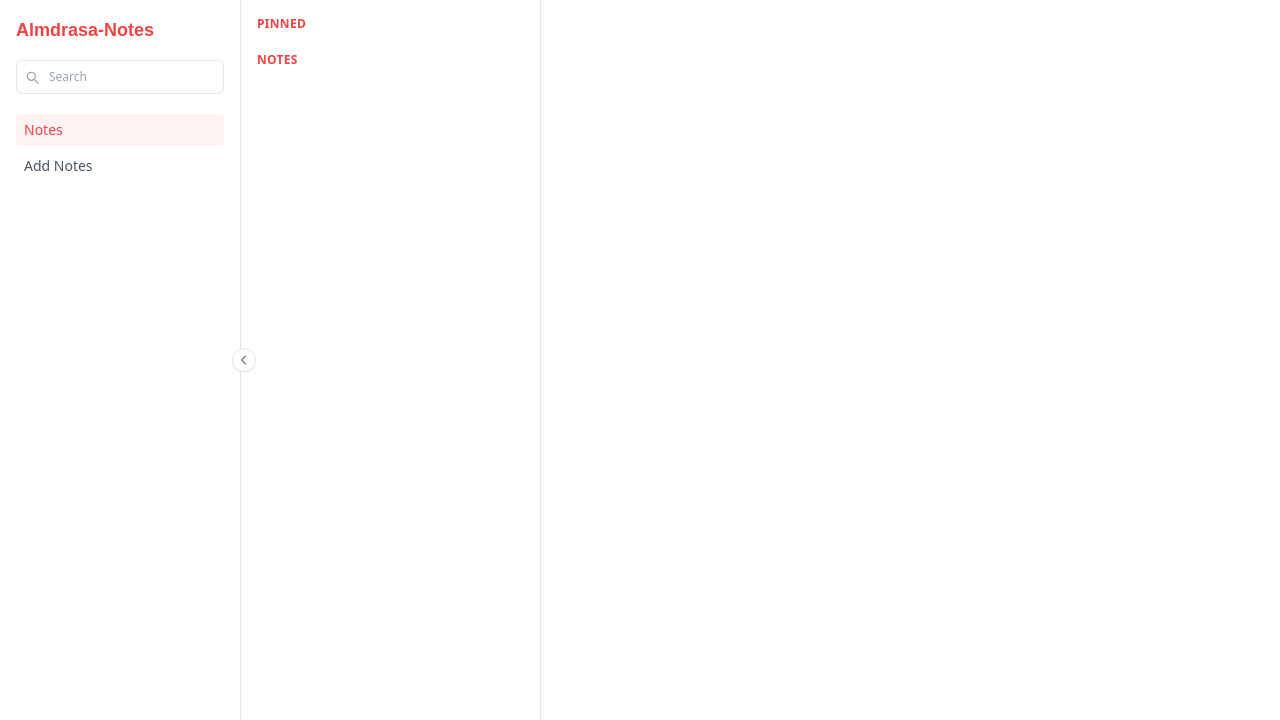
Repository: wafaa399/Note-App
Page: index.html
An editor plug-in stored every save of this project. The page is shown before and after the next save, followed by the edit.
The browser window is 1280 px wide. The pictures show the whole page.
Some web fonts or font styles are not loaded; a fallback is used. Some web libraries are served in a nearby version.

Above is the page before, as saved 2026-07-17 23:02:24.

### index.html
<!doctype html>
<html lang="en">
  <head>
    <meta charset="UTF-8" />
    <meta name="viewport" content="width=device-width, initial-scale=1.0" />
    <meta
      name="description"
      content="A notes application built with HTML, CSS, and JavaScript."
    />
    <meta name="keywords" content="notes, HTML, CSS, JavaScript" />
    <link rel="icon" href="/img/Logo.png" type="image/png" />
    <title>Note App</title>
    <script src="https://cdn.tailwindcss.com"></script>
    <link rel="preconnect" href="https://fonts.googleapis.com" />
    <link rel="preconnect" href="https://fonts.gstatic.com" crossorigin />
    <link
      href="https://fonts.googleapis.com/css2?family=Aclonica&display=swap"
      rel="stylesheet"
    />

    <script>
      tailwind.config = {
        theme: {
          extend: {
            fontFamily: {
              aclonica: ["Aclonica", "sans-serif"],
            },
          },
        },
      };
    </script>
  </head>
  <script
    type="module"
    src="https://unpkg.com/ionicons@7.1.0/dist/ionicons/ionicons.esm.js"
  ></script>

  <script
    nomodule
    src="https://unpkg.com/ionicons@7.1.0/dist/ionicons/ionicons.js"
  ></script>

  <body class="bg-gray-100 h-screen overflow-hidden text-sm text-gray-800">
    <div class="flex h-screen w-screen relative">
      <!--------SIDEBAR -------->
      <aside
        id="sidebar"
        class="transition-width bg-white border-r border-gray-200 flex-shrink-0 overflow-hidden"
        style="width:"
        16.125rem
      >
        <div class="p-4 w-[240px]">
          <h1 class="font-aclonica text-red-500 font-bold text-lg mb-4">
            Almdrasa-Notes
          </h1>

          <div class="relative mb-5">
            <input
              type="text"
              placeholder="Search"
              class="w-full text-xs border border-gray-200 rounded-md py-2 pl-8 pr-2 outline-none focus:ring-1 focus:ring-red-400"
            />
            <svg
              class="w-4 h-4 text-gray-400 absolute left-2 top-1/2 -translate-y-1/2"
              fill="none"
              stroke="currentColor"
              viewBox="0 0 24 24"
            >
              <path
                stroke-linecap="round"
                stroke-linejoin="round"
                stroke-width="2"
                d="M21 21l-4.35-4.35M17 11a6 6 0 11-12 0 6 6 0 0112 0z"
              />
            </svg>
          </div>

          <nav class="space-y-1">
            <button
              data-view="notes"
              class="nav-item w-full text-left px-2 py-1.5 rounded text-red-500 font-medium bg-red-50"
            >
              Notes
            </button>
            <button
              data-view="add"
              class="nav-item w-full text-left px-2 py-1.5 rounded text-gray-600 hover:bg-gray-50"
            >
              Add Notes
            </button>
          </nav>
        </div>
      </aside>

      <!-- ============ TOGGLE BUTTON ============ -->
      <button
        id="toggleBtn"
        class="absolute top-1/2 -translate-y-1/2 z-20 bg-white border border-gray-200 rounded-full w-6 h-6 flex items-center justify-center shadow-sm hover:bg-gray-50 transition-all"
        style="left: 232px"
      >
        <svg
          id="toggleIcon"
          class="w-3.5 h-3.5 text-gray-500 transition-transform"
          fill="none"
          stroke="currentColor"
          viewBox="0 0 24 24"
        >
          <path
            stroke-linecap="round"
            stroke-linejoin="round"
            stroke-width="2"
            d="M15 19l-7-7 7-7"
          />
        </svg>
      </button>

      <!-- ============ NOTES LIST ============ -->
      <section
        class="w-[300px] flex-shrink-0 border-r border-gray-200 bg-white overflow-y-auto"
      >
        <div class="p-4">
          <div class="mb-1">
            <p class="text-red-500 text-xs font-semibold mb-2 tracking-wide">
              PINNED
            </p>
            <div id="pinnedList" class="space-y-1"></div>
          </div>

          <div class="mt-5">
            <p class="text-red-500 text-xs font-semibold mb-2 tracking-wide">
              NOTES
            </p>
            <div id="notesList" class="space-y-1"></div>
          </div>
        </div>
      </section>

      <!-- ============ NOTE DETAIL ============ -->
      <main class="flex-1 overflow-y-auto bg-white">
        <div id="detailView" class="max-w-2xl mx-auto p-8"></div>
      </main>
    </div>
  </body>
</html>

After the next save:
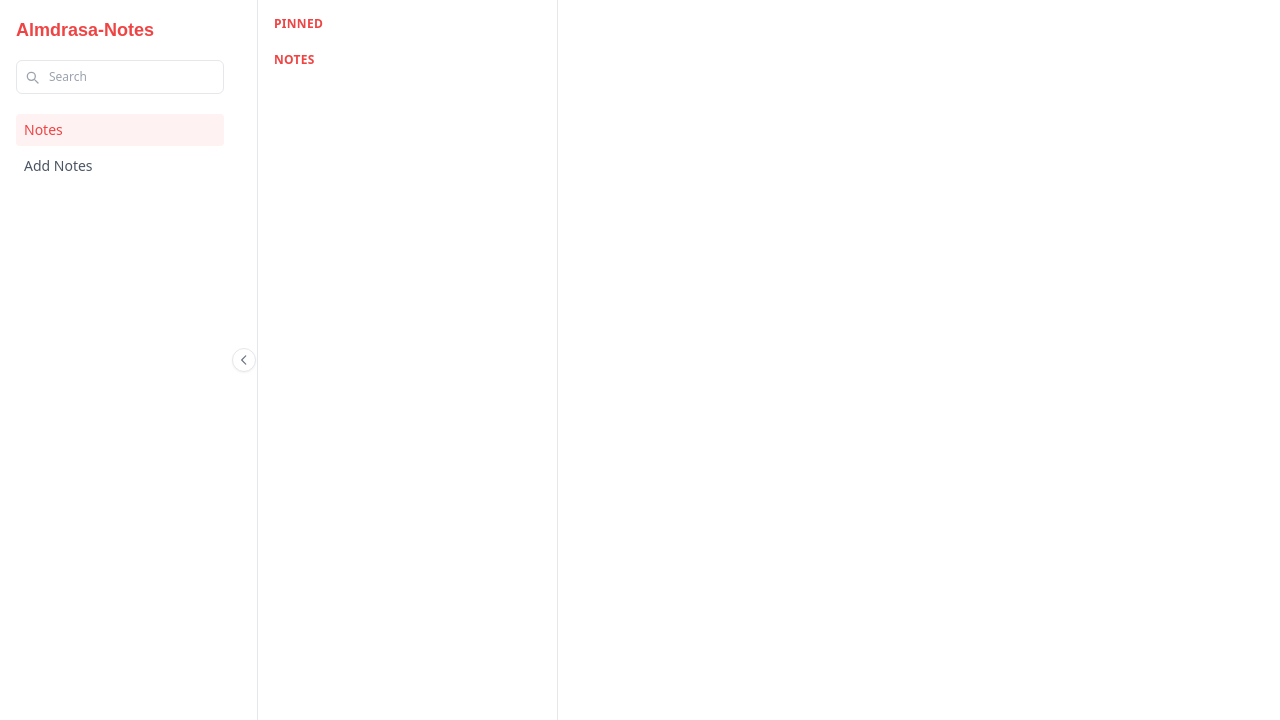
Saved 15 s later.
--- a/index.html
+++ b/index.html
@@ -46,8 +46,7 @@
       <aside
         id="sidebar"
         class="transition-width bg-white border-r border-gray-200 flex-shrink-0 overflow-hidden"
-        style="width:"
-        16.125rem
+        style="width: 16.125rem"
       >
         <div class="p-4 w-[240px]">
           <h1 class="font-aclonica text-red-500 font-bold text-lg mb-4">
